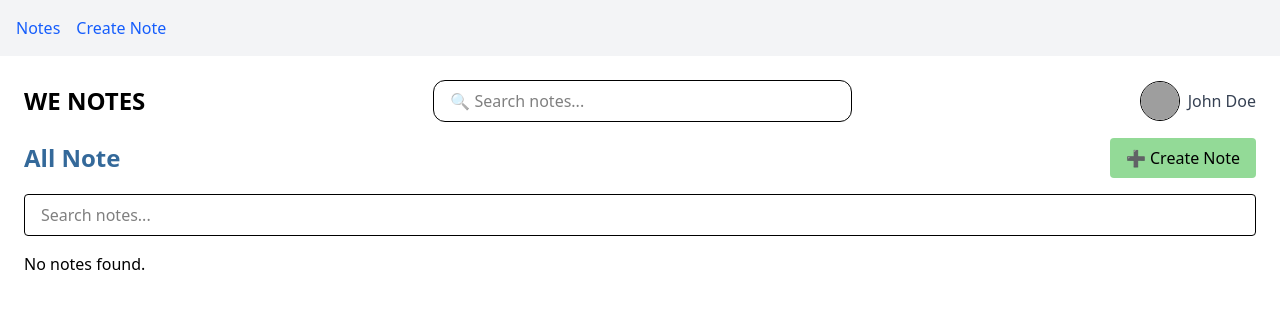
Repository: pin-seavmuy/NoteApplication
Page: / (app in note-vue/)
The author's editor kept a copy of each file at every save. The page is drawn from the files as they stood at one save, then again after a run of saves.
The browser window is 1280 px wide. The pictures show the whole page.
Pictures or frames that could not be fetched are drawn as grey boxes. The page's requests for data from a server got no answer. The project was rebuilt for these pictures with package versions that can differ from the ones it lists, and the page was loaded fresh each time. No one was signed in, and anything a server would have sent is missing. Also part of the build but not shown: note-vue/vite.config.ts, note-vue/src/components/NoteWrapper.vue, note-vue/src/views/CreateNote.vue, note-vue/src/views/NoteDetail.vue, note-vue/src/views/UpdateNote.vue.

Above is the page before, as saved 2025-09-16 11:13:30.

### note-vue/src/main.ts
// import { createApp } from 'vue'
// import './style.css'
// import App from './App.vue'

// createApp(App).mount('#app')


import { createApp } from 'vue'
import App from './App.vue'
import router from './router'
import './style.css'

const app = createApp(App)
app.use(router)
app.mount('#app')

### note-vue/src/App.vue
<script setup lang="ts">
  import HelloWorld from './components/HelloWorld.vue'
  import NotesList from '../components/NotesList.vue'
</script>

<!-- <template>
  <div>
    <HelloWorld msg="Vite + Vue" />
    <NotesList />
  </div>
</template> -->

<template>
  <div>
    <nav class="p-4 bg-gray-100 flex space-x-4">
      <router-link to="/" class="text-blue-600 hover:underline">Notes</router-link>
      <router-link to="/create" class="text-blue-600 hover:underline">Create Note</router-link>
    </nav>

    <router-view />
  </div>
</template>

<style scoped>
</style>

### note-vue/src/router/index.ts
import { createRouter, createWebHistory } from 'vue-router'

import NotesList from '../views/NotesList.vue'
import CreateNote from '../views/CreateNote.vue'
import NoteDetail from '../views/NoteDetail.vue'
import UpdateNote from '../views/UpdateNote.vue'

const routes = [
  {
    path: '/',
    name: 'NotesList',
    component: NotesList,
  },
  {
    path: '/create',
    name: 'CreateNote',
    component: CreateNote,
  },
  {
    path: '/notes/:id',
    name: 'NoteDetail',
    component: NoteDetail,
    props: true,
  },
    {
    path: '/notes/:id/edit',
    name: 'UpdateNote',
    component: UpdateNote,
    props: true
    }
]

const router = createRouter({
  history: createWebHistory(),
  routes,
})

export default router

### note-vue/src/views/NotesList.vue
<template>
  <div class="p-6">
    <div class="flex items-center justify-between mb-4 space-x-72">
      <h1 class="text-2xl font-bold">WE NOTES</h1>

      <input
        v-model="search"
        type="text"
        placeholder="🔍 Search notes..."
        class="px-4 py-2 border rounded-xl flex-grow"
      />

      <div class="flex items-center space-x-2 flex-shrink-0">
        <img
          src="https://ui-avatars.com/api/?name=User"
          alt="User Avatar"
          class="w-10 h-10 rounded-full border"
        />
        <span class="text-gray-700 font-medium">John Doe</span>
      </div>
    </div>

    <div class="flex items-center justify-between mb-4">
      <router-link to="/" class="text-2xl font-bold flex-shrink-0 hover:underline" style="color: #34699A;">All Note</router-link>
      <router-link
        to="/create"
        class="text-base px-4 py-2 rounded text-black hover:brightness-90"
        style="background-color: #93DA97;"
      >
        ➕  Create Note
      </router-link>
    </div>



    <input
      v-model="search"
      type="text"
      placeholder="Search notes..."
      class="px-4 py-2 border rounded w-full mb-4"
    />

    <div v-if="loading">Loading...</div>
    <div v-else-if="filteredNotes.length === 0">No notes found.</div>

    <div
      v-else
      class="grid gap-4 grid-cols-1 sm:grid-cols-2 lg:grid-cols-3 xl:grid-cols-4"
    >
      <NoteWrapper
        v-for="note in filteredNotes"
        :key="note.id"
        :note="note"
      />
    </div>
  </div>
</template>

<script setup lang="ts">
import { ref, computed, onMounted } from 'vue'
import api from '../api/axios'
import NoteWrapper from '../components/NoteWrapper.vue'

interface Note {
  id: number
  title: string
  content: string | null
  createdAt: string
  updatedAt?: string | null
}

const notes = ref<Note[]>([])
const loading = ref(false)
const search = ref('')

async function fetchNotes() {
  loading.value = true
  try {
    const res = await api.get('/Notes')
    notes.value = res.data as Note[]
  } catch (error) {
    console.error('Error fetching notes:', error)
  } finally {
    loading.value = false
  }
}

const filteredNotes = computed(() =>
  notes.value.filter(note =>
    note.title.toLowerCase().includes(search.value.toLowerCase())
  )
)

onMounted(fetchNotes)
</script>

### note-vue/src/api/axios.ts
import axios from 'axios'

const api = axios.create({
  baseURL: 'http://localhost:5258/api',
})

export default api;

Loaded but not shown: note-vue/index.html (common file); note-vue/src/style.css (common file)

After the next 2 saves:
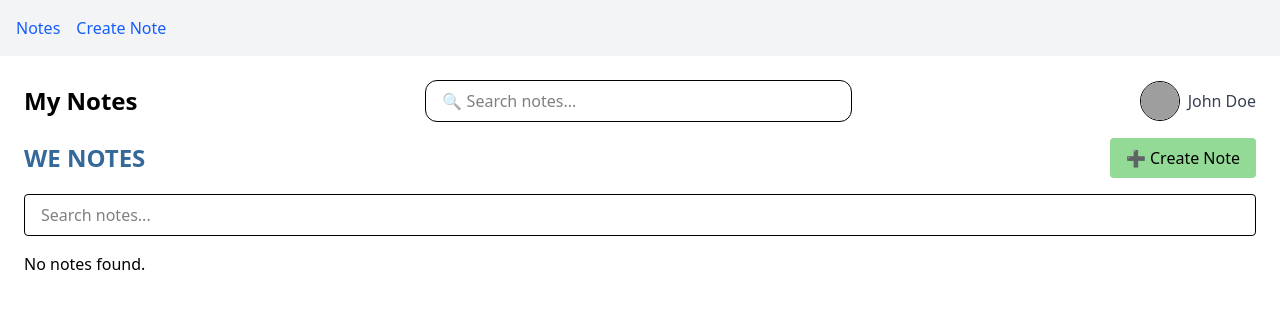
The 2 saves are shown as one change because they came seconds apart.
The last was saved 11 s later.
--- a/note-vue/src/views/NotesList.vue
+++ b/note-vue/src/views/NotesList.vue
@@ -1,7 +1,7 @@
 <template>
   <div class="p-6">
     <div class="flex items-center justify-between mb-4 space-x-72">
-      <h1 class="text-2xl font-bold">WE NOTES</h1>
+      <h1 class="text-2xl font-bold">My Notes</h1>
 
       <input
         v-model="search"
@@ -21,7 +21,7 @@
     </div>
 
     <div class="flex items-center justify-between mb-4">
-      <router-link to="/" class="text-2xl font-bold flex-shrink-0 hover:underline" style="color: #34699A;">All Note</router-link>
+      <router-link to="/" class="text-2xl font-bold flex-shrink-0 hover:underline" style="color: #34699A;">WE NOTES</router-link>
       <router-link
         to="/create"
         class="text-base px-4 py-2 rounded text-black hover:brightness-90"
